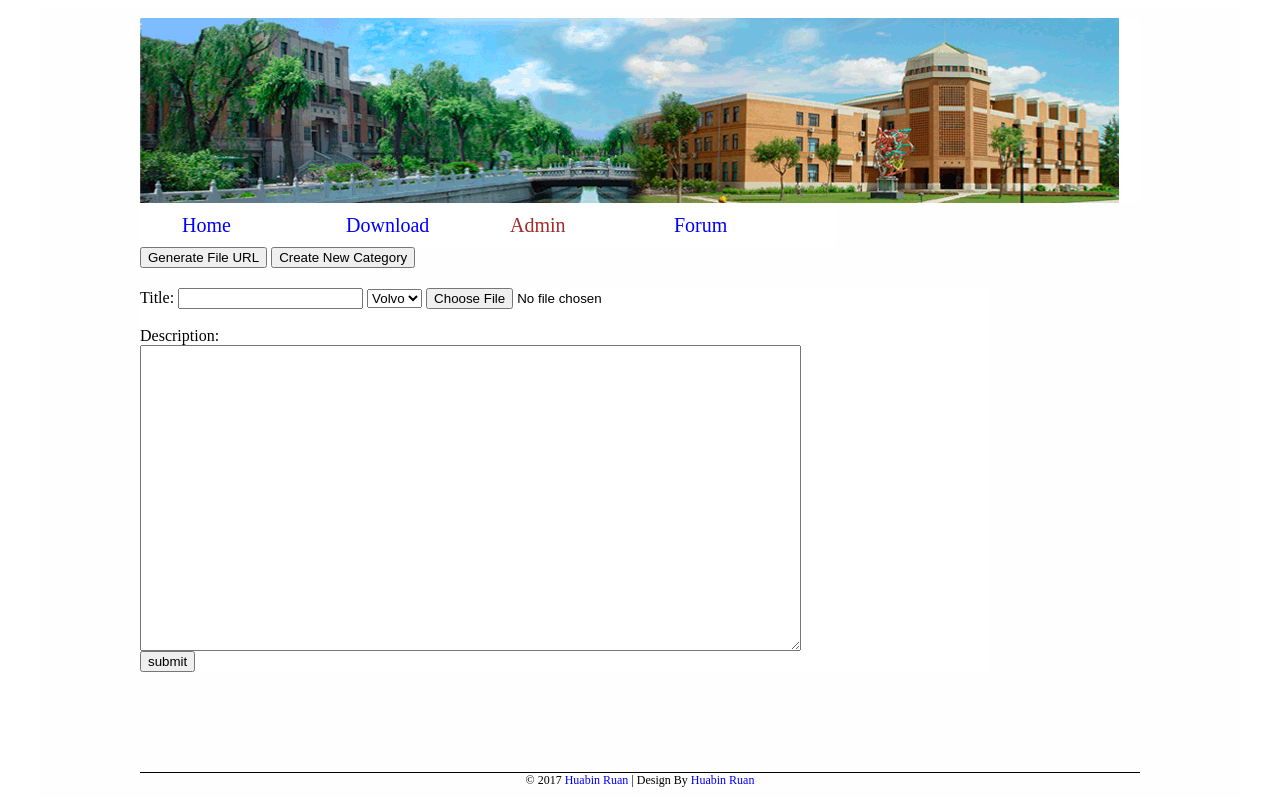
Repository: ruanhuabin/LifeSoftwareWebSite
Page: http://localhost/CryoEM/admin.jsp
The author's editor kept a copy of each file at every save. The page is drawn from the files as they stood at one save, then again after a run of saves.
The browser window is 1280 px wide. The pictures show the whole page.
The page is served by Tomcat 9. Nobody is signed in. The application's start-up code is not run. Other server files are loaded and not shown.

Above is the page before, as saved 2017-08-15 07:53:33.

### CryoEM/WebRoot/admin.jsp
<%@ page language="java" import="java.util.*" pageEncoding="utf-8"%>
<%@ taglib prefix="s" uri="/struts-tags"%>
<%
String path = request.getContextPath();
String basePath = request.getScheme()+"://"+request.getServerName()+":"+request.getServerPort()+path+"/";
%>


<!DOCTYPE html PUBLIC "-//W3C//DTD XHTML 1.0 Transitional//EN" "http://www.w3.org/TR/xhtml1/DTD/xhtml1-transitional.dtd">
<html xmlns="http://www.w3.org/1999/xhtml">
<head>
<meta http-equiv="Content-Type" content="text/html; charset=utf-8" />

<link href="<%=basePath%>/style.css" rel="stylesheet" type="text/css" />

<style type="text/css">
	/* #header {height:185px; width:100%;background-image: url(../images/banner.png);background-repeat: no-repeat; background-color:white;} */
	#navigation{list-style:none; text-align:left; font-size:20px; background:white; float:left}
	#navigation li{width:160px; height:20px; line-height:0px; float:left; margin:2px; list-style:none;}
	#navigation a{height:100%; display:block; text-decoration:none}
	#navigation .curr{background:url(sub/images/nav_on.png); color:red;} /* 点击后的样式 */
</style>
</head>
<body>



<div id="main-container">

<div id="header">
</div>

<div id="navigation">
	<ul>
		<li><a href="<%=path%>/index.jsp">Home</a></li>
		<li><a href="<%=path%>/user/User_listSoftware.action">Download</a></li>
		<li><a href="<%=path%>/post/Admin_toAdmin.action"> <font color="brown">Admin</font></a></li>
		<li><a href="http://10.10.32.133/qa">Forum</a></li>
	</ul>
</div>
<script type="text/javascript">

	function validate()
    {
            var title = document.getElementsByName("title")[0].value;
            var description = document.getElementsByName("description")[0].value;
            var yourFile = document.getElementsByName("yourFile")[0].value;

            if(title == "")
            {
                alert("Title should not be empty!");
                return false;
            }

            if(description == "")
            {
                alert("Description should not be empty!");

                return false;
            }

            if(yourFile == "")
            {
            	alert("Please select a file to upload");
                return false;
            }
            return true;
       }



		var index_plist = {
			obj : document.getElementById("navigation")
					.getElementsByTagName("li"),
			currObj : null,
			init : function() {
				for (i = 0; i < index_plist.obj.length; i++) {
					eval("index_plist.obj[i].getElementsByTagName('a')[0].onclick=function(){this.className='curr';if(index_plist.currObj){index_plist.currObj.className=''}index_plist.currObj=this}");
				}
			}
		};
		index_plist.init();


	function genURL()
	{
   		 window.open("<%=basePath%>gen_file_download_url.jsp", "_blank", "toolbar=yes,scrollbars=yes,resizable=yes,top=300,left=400,width=600,height=400");
	}

	function genCategory()
	 {
   		 window.open("<%=basePath%>add_category.jsp", "_blank", "toolbar=yes,scrollbars=yes,resizable=yes,top=300,left=400,width=600,height=600");
	}

</script>


<div style="clear:both"></div>

<button title="click to generate an URL for file downloading"onclick="genURL()">Generate File URL</button>
<button  title="click to create a new catagory" onclick="genCategory()">Create New Category</button>


<div class="form-div">
	<form action="post/Admin_postSoftware.action"	enctype="multipart/form-data" method="post" style="" title="" id="" class="">
		  Title: <input type="text" name="title"/>
		  <select>
			  <option value ="volvo">Volvo</option>
			  <option value ="saab">Saab</option>
			  <option value="opel">Opel</option>
			  <option value="audi">Audi</option>
			</select>
		  <input type="file" name="yourFile" />
		  <br />
		  <br />
		  Description:
		  <br />
		  <textarea rows="20" cols="80" name="description"></textarea>
		  <br/>
		  <input type="submit" value="submit" onclick="return validate()"/>
	</form>
</div>

<div id="footer">&copy; 2017 <a href="mailto:ruanhuabin@tsinghua.edu.cn">Huabin Ruan</a> | Design By <a href="#">Huabin Ruan</a> </div>
</div>


</body>
</html>

### CryoEM/WebRoot/style.css
#header {height:185px; width:100%;background-image: url(images/banner.png);background-repeat: no-repeat; background-color:white;}
body
{
	background-color:white;
	font-family: "Times New Roman",Georgia,Serif
}
#footer {
	width:100%;
	border-top:  #000000 1px solid;
	text-align:center;
	font-size:12px;
	}


.form-div {
    /* border: 1px solid black; */
    margin-top: 20px;
    margin-bottom: 100px;
    margin-right: 150px;
    margin-left: 0px;
    background-color: white;
}

#admin-login-form {

   /*  margin-top: 50px;
    margin-bottom: 100px;
    margin-right: 150px;
    margin-left: 200px;
    background-color: white; */
    align: center

}

#content-div {
   /*  border: 1px solid black; */
    margin-top: 40px;
    margin-bottom: 100px;
    margin-right: 150px;
    margin-left: 0px;
    background-color: white;
}

#main-container {
	width:1000px;
	/* width:80% */
	border: #000000 0px solid;
	margin: 0 auto;
 	background-color:#FEFEFE;
   /*  background-color:white; */

    clear:both;
	/* padding:25px 100px; */
	padding:10px 100px
	}

#leftbar {
	float:left;
	width:800px;
	border-right:1px solid #BCBDBC;
}

#rightbar {
	float:left;
	width:200px;
}

a
{
	text-decoration: none;
	color:blue;
}

a:hover
{
	color:red;
}
a:visited
{
	color: blue;
}

ul {margin-left: 0; padding-left: 40px;}
/* li {margin-left: 0; padding-left: 50px;} */

#navigation{list-style:none; text-align:left; font-size:20px; background:white; float:left}
#navigation li{width:160px; height:20px; line-height:0px; float:left; margin:2px; list-style:none;}
#navigation a{height:100%; display:block; text-decoration:none}
#navigation .curr{background:url(sub/images/nav_on.png); color:red;}

/* ul, li { list-style: none; margin: 0; padding: 0; }
ul { padding-left: 1em; }
li { padding-left: 1em;
  border: 1px dotted black;
  border-width: 0 0 1px 1px;
}
li.container { border-bottom: 0px; }
li.empty { font-style: italic;
  color: silver;
  border-color: silver;
}
li p { margin: 0;
  background: white;
  position: relative;
  top: 0.5em;
}
li ul {
  border-top: 1px dotted black;
  margin-left: -1em;
  padding-left: 2em;
}
ul li:last-child ul {
  border-left: 1px solid white;
  margin-left: -17px;
}  */


/* li{
    margin-top: 1px;
    margin:0;
    border:1px solid red;
}

li:first-child {
    margin-top:0;
} */

After the next 2 saves:
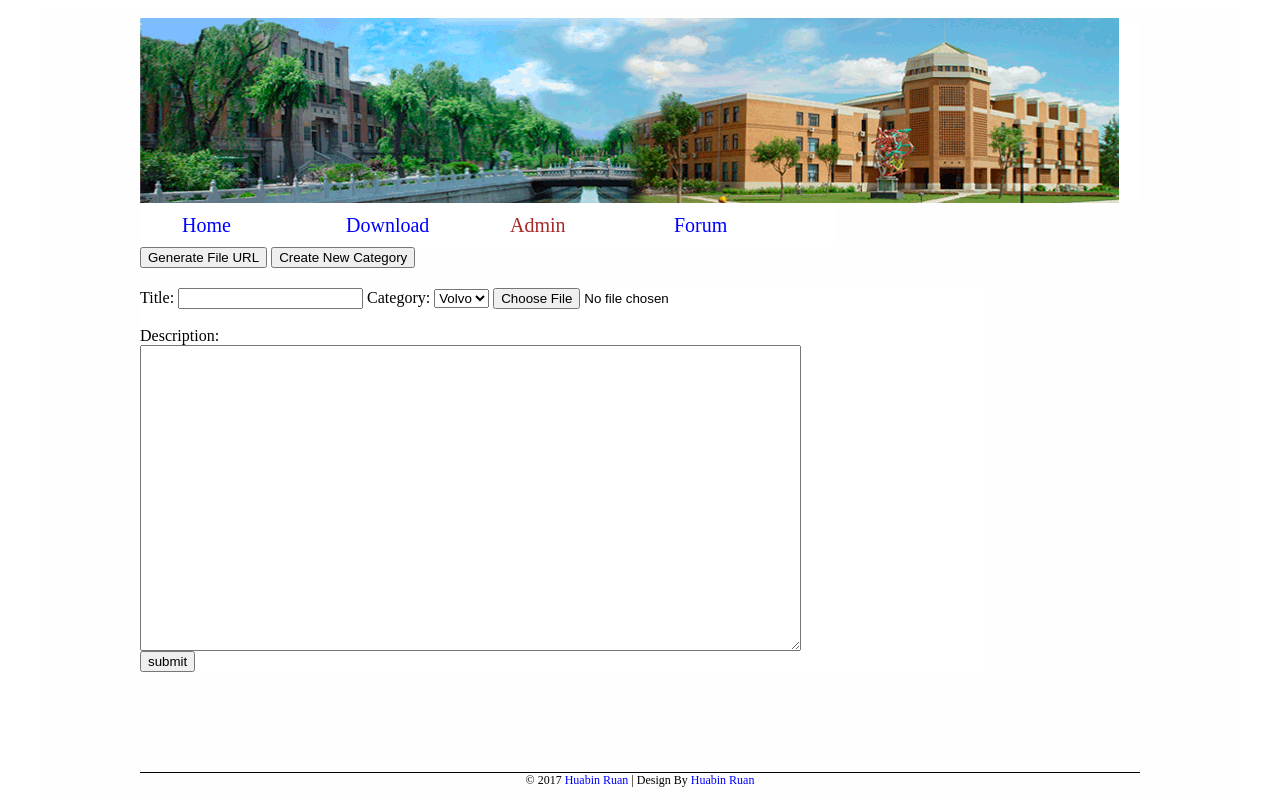
The 2 saves are shown as one change because they came seconds apart.
The last was saved 49 s later.
--- a/CryoEM/WebRoot/admin.jsp
+++ b/CryoEM/WebRoot/admin.jsp
@@ -104,6 +104,7 @@ String basePath = request.getScheme()+"://"+request.getServerName()+":"+request.
 <div class="form-div">
 	<form action="post/Admin_postSoftware.action"	enctype="multipart/form-data" method="post" style="" title="" id="" class="">
 		  Title: <input type="text" name="title"/>
+		  Category:
 		  <select>
 			  <option value ="volvo">Volvo</option>
 			  <option value ="saab">Saab</option>
